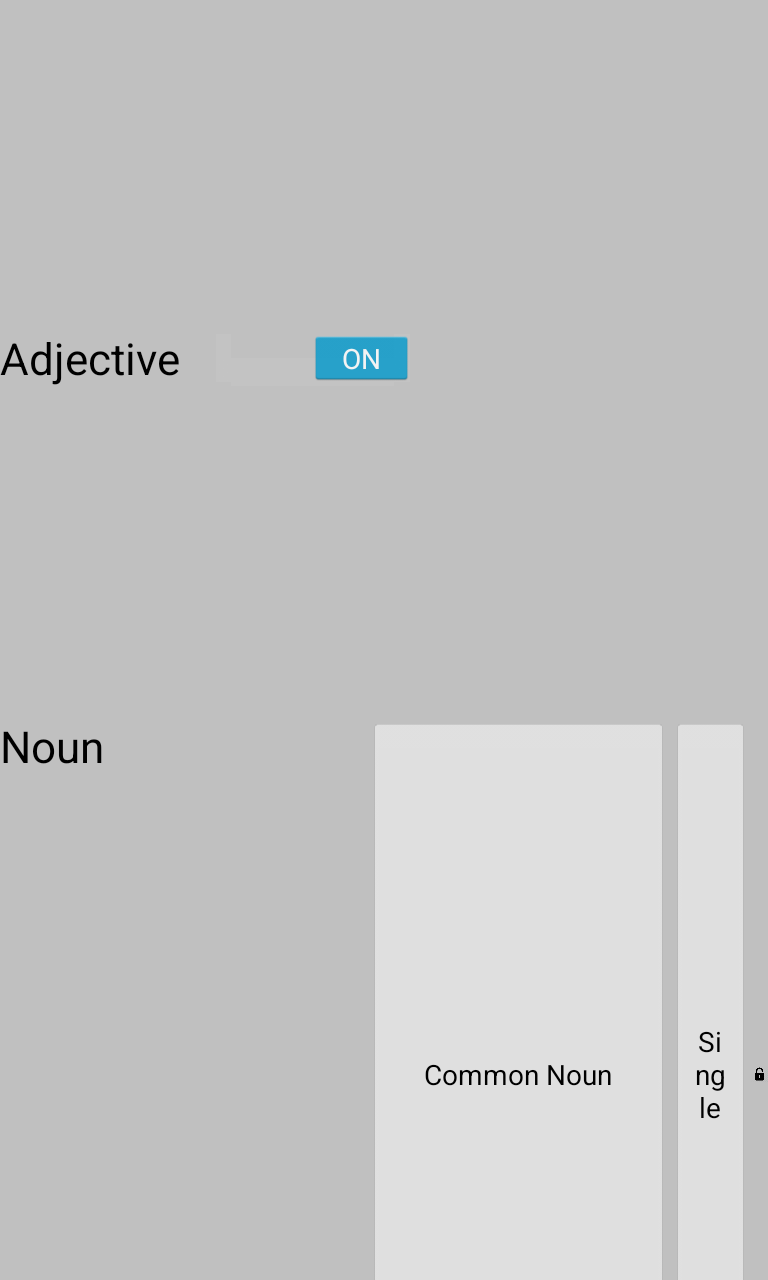
Repository: TheDizzler/TableTopTools
Layout: RPGTools/res/layout/fragment_result_controls.xml
An editor plug-in stored every save of this project. The layout is shown before and after the next save, followed by the edit.
It is drawn on a 768 x 1280 px phone screen (xhdpi) without system bars, with theme AppTheme; the app's code is not run.

Above is the layout before, as saved 2017-03-22 09:55:51.

After the next save:
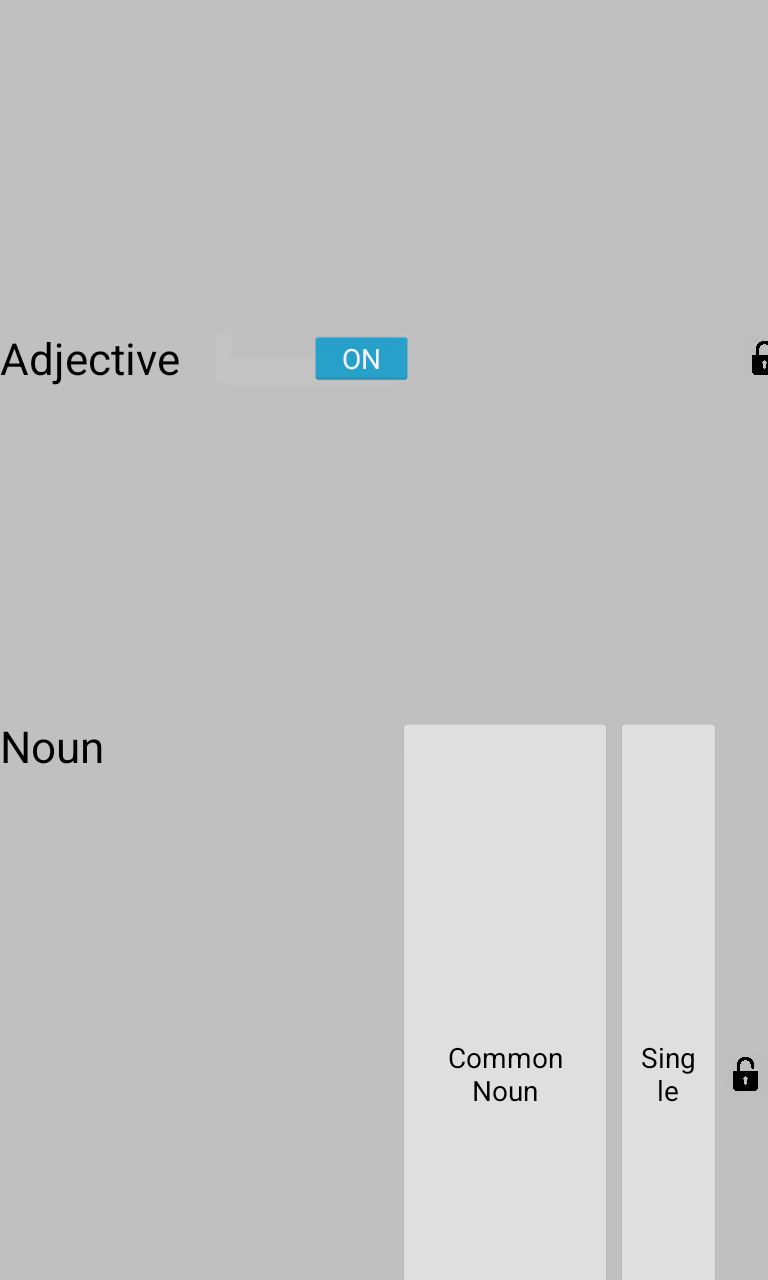
Saved 29 s later.
--- a/RPGTools/res/layout/fragment_result_controls.xml
+++ b/RPGTools/res/layout/fragment_result_controls.xml
@@ -135,7 +135,7 @@
             android:id="@+id/textView4"
             android:layout_width="wrap_content"
             android:layout_height="match_parent"
-            android:layout_span="1"
+            android:layout_span="2"
             android:layout_weight="1"
             android:text="Not Implemented!"
             android:textAppearance="?android:attr/textAppearanceLarge" />
